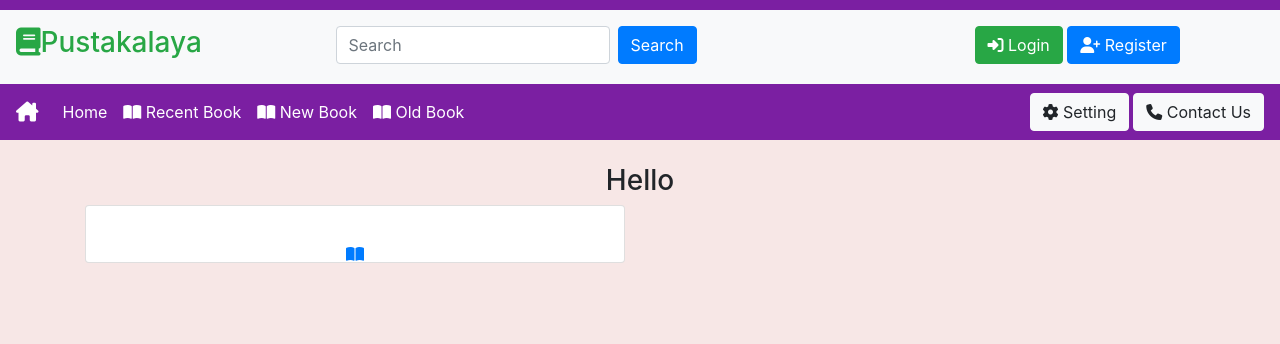
Repository: kalaprabhakar/Pustakalay_Web_Application
Page: http://localhost/E_Book_Management/setting.jsp
An editor plug-in stored every save of this project. The page is shown before and after the next save, followed by the edit.
The browser window is 1280 px wide. The pictures show the whole page.
Some web libraries are served in a nearby version. The page is served by Tomcat 10. Other server files are loaded and not shown.

Above is the page before, as saved 2024-02-28 13:36:03.

### E_Book_Management/src/main/webapp/setting.jsp
<%@ page language="java" contentType="text/html; charset=ISO-8859-1"
	pageEncoding="ISO-8859-1"%>
<!DOCTYPE html>
<html>
<head>
<meta charset="ISO-8859-1">
<title>Setting Page</title>
<%@ include file="all_component/allcss.jsp"%>
</head>
<body style="background-color: #f7e7e6">
	<%@ include file="all_component/navbar.jsp"%>
	<div class="container py-4 text-center">
		<h3>Hello ${userobj.name }</h3>
		<div class="row">

			<div class="col-md-6">

				<a href="#">
					<div class="card">
						<div class="card-body"></div>
						<i class="fa-solid fa-book-open"></i>

					</div>

				</a>


			</div>

		</div>

	</div>


</body>
</html>

### E_Book_Management/src/main/webapp/all_component/allcss.jsp
<link rel="stylesheet"
	href="https://cdn.jsdelivr.net/npm/bootstrap@4.0.0/dist/css/bootstrap.min.css"
	integrity="sha384-Gn5384xqQ1aoWXA+058RXPxPg6fy4IWvTNh0E263XmFcJlSAwiGgFAW/dAiS6JXm"
	crossorigin="anonymous">

<script src="https://code.jquery.com/jquery-3.2.1.slim.min.js"
	integrity="sha384-KJ3o2DKtIkvYIK3UENzmM7KCkRr/rE9/Qpg6aAZGJwFDMVNA/GpGFF93hXpG5KkN"
	crossorigin="anonymous"></script>
<script
	src="https://cdn.jsdelivr.net/npm/popper.js@1.12.9/dist/umd/popper.min.js"
	integrity="sha384-ApNbgh9B+Y1QKtv3Rn7W3mgPxhU9K/ScQsAP7hUibX39j7fakFPskvXusvfa0b4Q"
	crossorigin="anonymous"></script>
<script
	src="https://cdn.jsdelivr.net/npm/bootstrap@4.0.0/dist/js/bootstrap.min.js"
	integrity="sha384-JZR6Spejh4U02d8jOt6vLEHfe/JQGiRRSQQxSfFWpi1MquVdAyjUar5+76PVCmYl"
	crossorigin="anonymous"></script>
<link rel="stylesheet"
	href="https://cdnjs.cloudflare.com/ajax/libs/font-awesome/6.5.1/css/all.min.css"
	integrity="sha512-DTOQO9RWCH3ppGqcWaEA1BIZOC6xxalwEsw9c2QQeAIftl+Vegovlnee1c9QX4TctnWMn13TZye+giMm8e2LwA=="
	crossorigin="anonymous" referrerpolicy="no-referrer" />

	<link  rel="stylesheet" href="all_component/style.css"/>

### E_Book_Management/src/main/webapp/all_component/navbar.jsp
<%@ taglib prefix="c" uri="http://java.sun.com/jsp/jstl/core"%>
<%@ page isELIgnored="false" %>

<div class="container-fluid" style="height : 10px ; background-color:  #7B1FA2 "></div>

<div class="container-fluid p-3 bg-light">
 <div class="row">
     <div class="col-md-3 text-success">
        <h3 > <i class="fa-solid fa-book"></i>Pustakalaya</h3>
     </div>
    <div class="col-md-6">
       <form class="form-inline my-2 my-lg-0">
      <input class="form-control mr-sm-2" type="search" placeholder="Search" aria-label="Search">
      <button class="btn btn-primary my-2 my-sm-0" type="submit">Search</button>
    </form>

    </div>
    <c:if test="${not empty userobj }">
    <div class="col-md-3">

    <a href="checkout.jsp" class="btn btn-ligh"><i class="fa-solid fa-cart-shopping  "></i></a>

      <a href="" class="btn btn-success"><i class="fa-solid fa-user-plus"></i>${userobj.name }</a>
      <a href="logout" class="btn btn-primary"><i class="fa-solid fa-right-to-bracket"></i> Logout</a>

    </div>

    </c:if>

    <c:if test="${ empty userobj }">
    <div class="col-md-3">
      <a href="login.jsp" class="btn btn-success"><i class="fa-solid fa-right-to-bracket"></i> Login</a>
      <a href="register.jsp" class="btn btn-primary"><i class="fa-solid fa-user-plus"></i> Register</a>

    </div>

    </c:if>

 </div>


</div>

<nav class="navbar navbar-expand-lg navbar-dark bg-custom">
  <a class="navbar-brand" href="#"><i class="fa-solid fa-house-chimney"></i></a>
  <button class="navbar-toggler" type="button" data-toggle="collapse" data-target="#navbarSupportedContent" aria-controls="navbarSupportedContent" aria-expanded="false" aria-label="Toggle navigation">
    <span class="navbar-toggler-icon"></span>
  </button>

  <div class="collapse navbar-collapse" id="navbarSupportedContent">
    <ul class="navbar-nav mr-auto">
      <li class="nav-item active">
        <a class="nav-link" href="index.jsp">Home <span class="sr-only">(current)</span></a>
      </li>
      <li class="nav-item active">
        <a class="nav-link" href="all_recent_book.jsp"> <i class="fa-solid fa-book-open"></i> Recent Book</a>
      </li>
      <li class="nav-item active">
        <a class="nav-link" href="all_new_book.jsp"> <i class="fa-solid fa-book-open"></i> New Book</a>
      </li>

      </li>
      <li class="nav-item active">
        <a class="nav-link disabled" href="all_old_book.jsp"> <i class="fa-solid fa-book-open"></i> Old Book</a>
      </li>
    </ul>
    <form class="form-inline my-2 my-lg-0">
      <a href="setting.jsp" class="btn btn-light my-2 my-sm-0" type="submit"><i class="fa-solid fa-gear"></i> Setting</a>
      <button class="btn btn-light my-2 my-sm-0 ml-1" type="submit"><i class="fa-solid fa-phone"></i> Contact Us</button>
    </form>
  </div>
</nav>

### E_Book_Management/src/main/webapp/all_component/style.css
.bg-custom {
	background-color : #7B1FA2 ;
}

.navbar .nav-item:hover .nav-link{

	background-color: white;
	color : black;
	border-radius : 20px ;
}

After the next save:
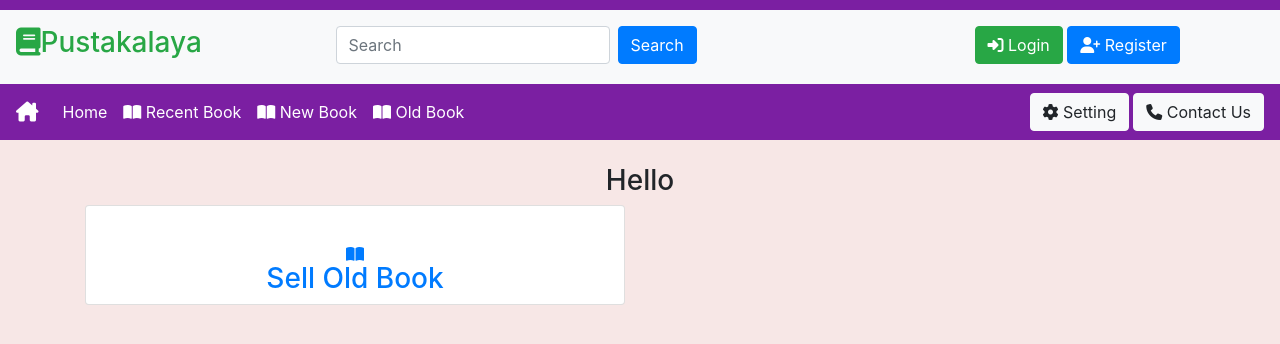
Saved 18 s later.
--- a/E_Book_Management/src/main/webapp/setting.jsp
+++ b/E_Book_Management/src/main/webapp/setting.jsp
@@ -19,6 +19,7 @@
 					<div class="card">
 						<div class="card-body"></div>
 						<i class="fa-solid fa-book-open"></i>
+						<h3>Sell Old Book</h3>
 
 					</div>
 
